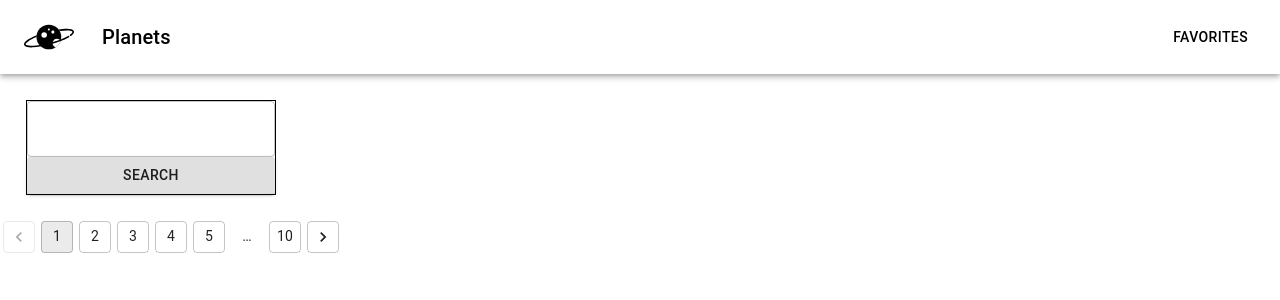
Repository: samridhie01/assignment
Page: /
The author's editor kept a copy of each file at every save. The page is drawn from the files as they stood at one save, then again after the next save.
The browser window is 1280 px wide. The pictures show the whole page.
The page's requests for data from a server got no answer. The project was rebuilt for these pictures with package versions that can differ from the ones it lists, and the page was loaded fresh each time. No one was signed in, and anything a server would have sent is missing. Also part of the build but not shown: src/components/planets/Planets.tsx.

Above is the page before, as saved 2020-08-20 13:18:04.

After the next save:
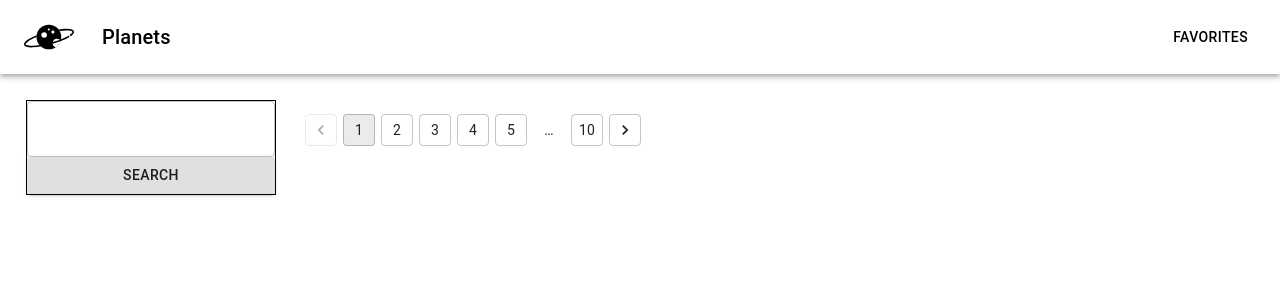
Saved 28 s later.
--- a/src/components/homePage/homePage.tsx
+++ b/src/components/homePage/homePage.tsx
@@ -29,11 +29,13 @@ const HomePage = () => {
           })}
       </div>
     </div>
+
     <Pagination
         count={10}
         defaultPage={1}
         variant="outlined"
         shape="rounded"
+        className={classes.indexing}
       />
     </>
   );
